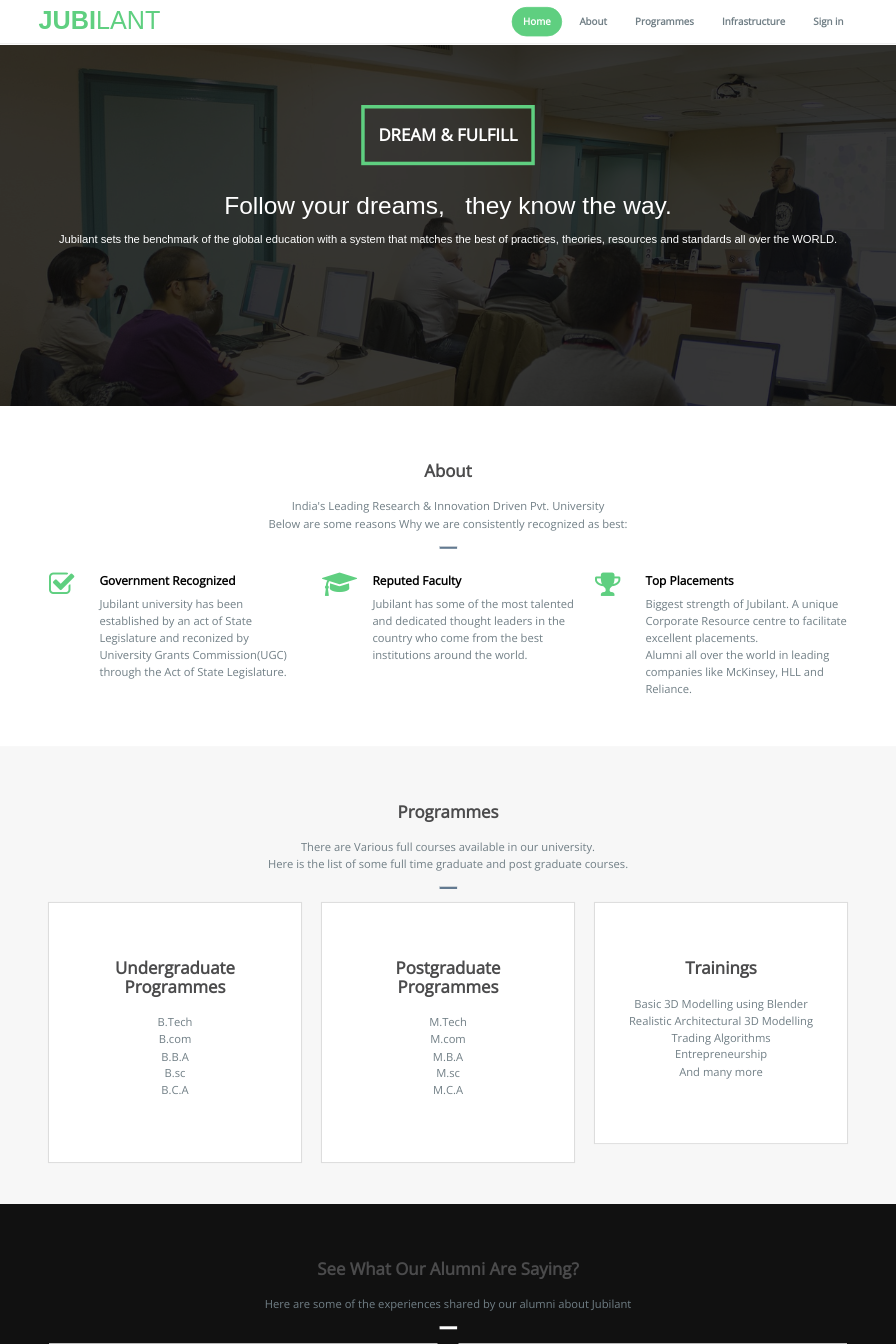
Repository: GauravC8/UMS
Page: http://localhost/login/WEB-INF/index.jsp
The author's editor kept a copy of each file at every save. The page is drawn from the files as they stood at one save, then again after the next save.
The browser window is 1280 px wide. The pictures show the part of the page from y = 0 to 1920 px (the page is 3363 px tall), at 70% of full size.
Some web fonts or font styles are not loaded; a fallback is used. The page is served by Tomcat 9. Nobody is signed in. The template is opened directly, without the code that normally fills it, so the values that code supplies are empty.

Above is the page before, as saved 2019-04-08 10:28:15.

After the next save:
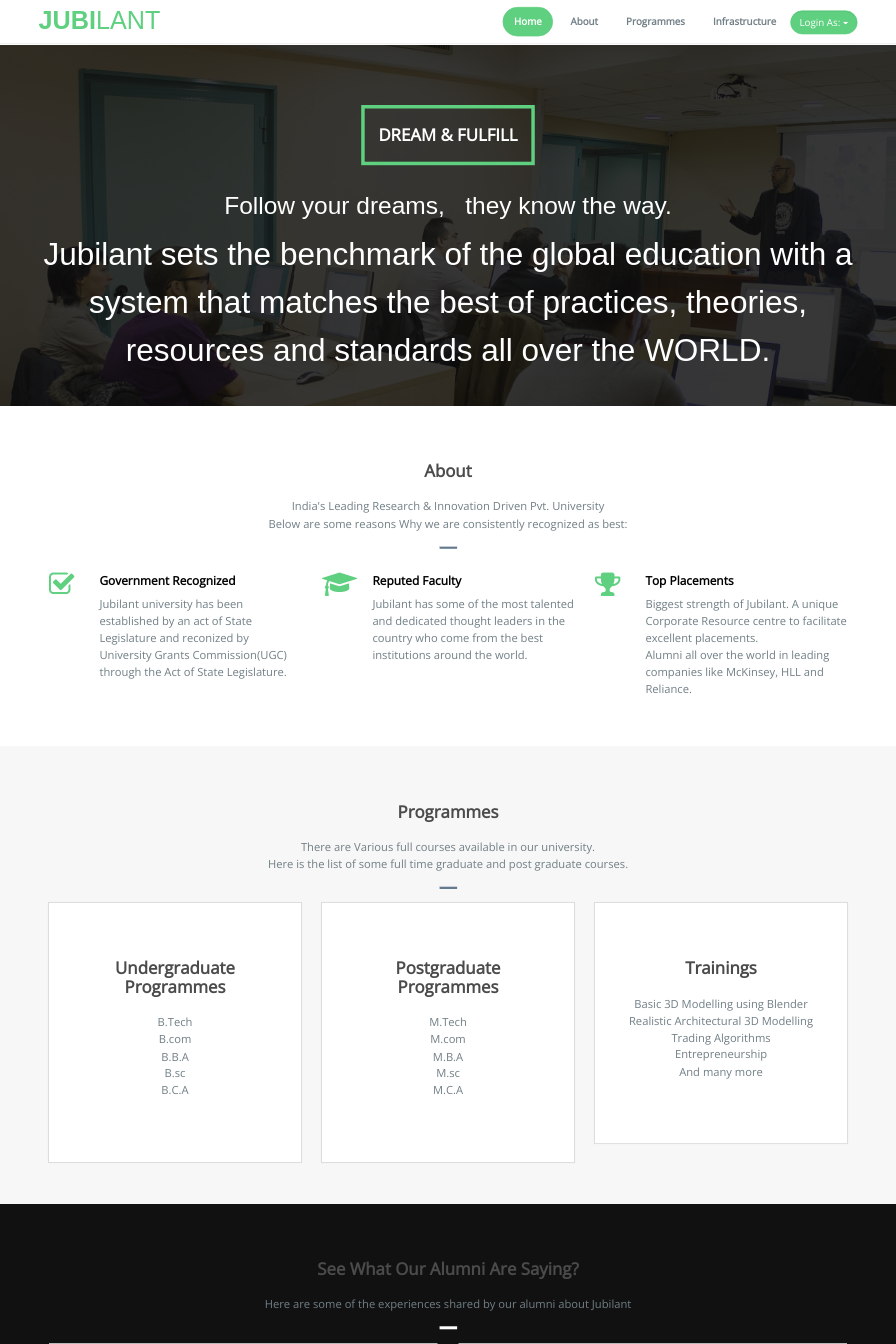
Saved 26 min 40 s later.
--- a/login/src/main/webapp/WEB-INF/index.jsp
+++ b/login/src/main/webapp/WEB-INF/index.jsp
@@ -38,7 +38,26 @@
 					<li><a href="#about">About</a></li>
 					<li><a href="#programmes">Programmes</a></li>
 					<li><a href="#infrasturcture">Infrastructure</a></li>
-					<li><a href="user/loginForm">Sign in</a></li>
+					<li>
+						<div class="dropdown">
+							<button class="btn btn-default dropdown-toggle form-control"
+								type="button" id="menu1" data-toggle="dropdown">
+								Login As: <span class="caret"></span>
+							</button>
+							<ul class="dropdown-menu" role="menu" aria-labelledby="menu1">
+								<li role="presentation"><a role="menuitem" tabindex="-1"
+									href="user/loginForm">Student</a></li>
+								<li role="presentation"><a role="menuitem" tabindex="-1"
+									href="user/loginForm">Faculty</a></li>
+								<li role="presentation"><a role="menuitem" tabindex="-1"
+									href="user/loginForm">Admin</a></li>
+							</ul>
+						</div>
+
+
+
+
+					</li>
 
 				</ul>
 			</div>
@@ -96,7 +115,8 @@
 
 
 	<!--Banner-->
-	<div class="banner" style="background: url('resources/images/bg-banner.jpg') no-repeat center top">
+	<div class="banner"
+		style="background: url('resources/images/bg-banner.jpg') no-repeat center top">
 		<div class="bg-color">
 			<div class="container">
 				<div class="row">
@@ -106,9 +126,8 @@
 						</div>
 						<div class="intro-para text-center quote">
 							<p class="big-text">Follow your dreams, &nbsp they know the
-								way.
-							<p>
-							<p class="small-text">Jubilant sets the benchmark of the
+								way.<p><p class="small-t
+							ext">Jubilant sets the benchmark of the
 								global education with a system that matches the best of
 								practices, theories, resources and standards all over the WORLD.</p>
 						</div>
@@ -240,6 +259,7 @@
 							Jubilant family have been a great help and a strong support. This
 							place has immensely added to my persona and I will always cherish
 							the memories I shared with this place."</p>
+
 						<p class="text-name">
 							Himani Gupta- MBA in Competitive Intelligence<br>
 							Batch:2012-14
@@ -340,6 +360,7 @@
 								and girls separately within the University Campus.Caring wardens
 								and a vigilant security ensures a pleasant stay allowing
 								students to focus on academics.</p>
+
 					</figure>
 				</div>
 				<div class="col-md-4 col-sm-6 padleft-right">
